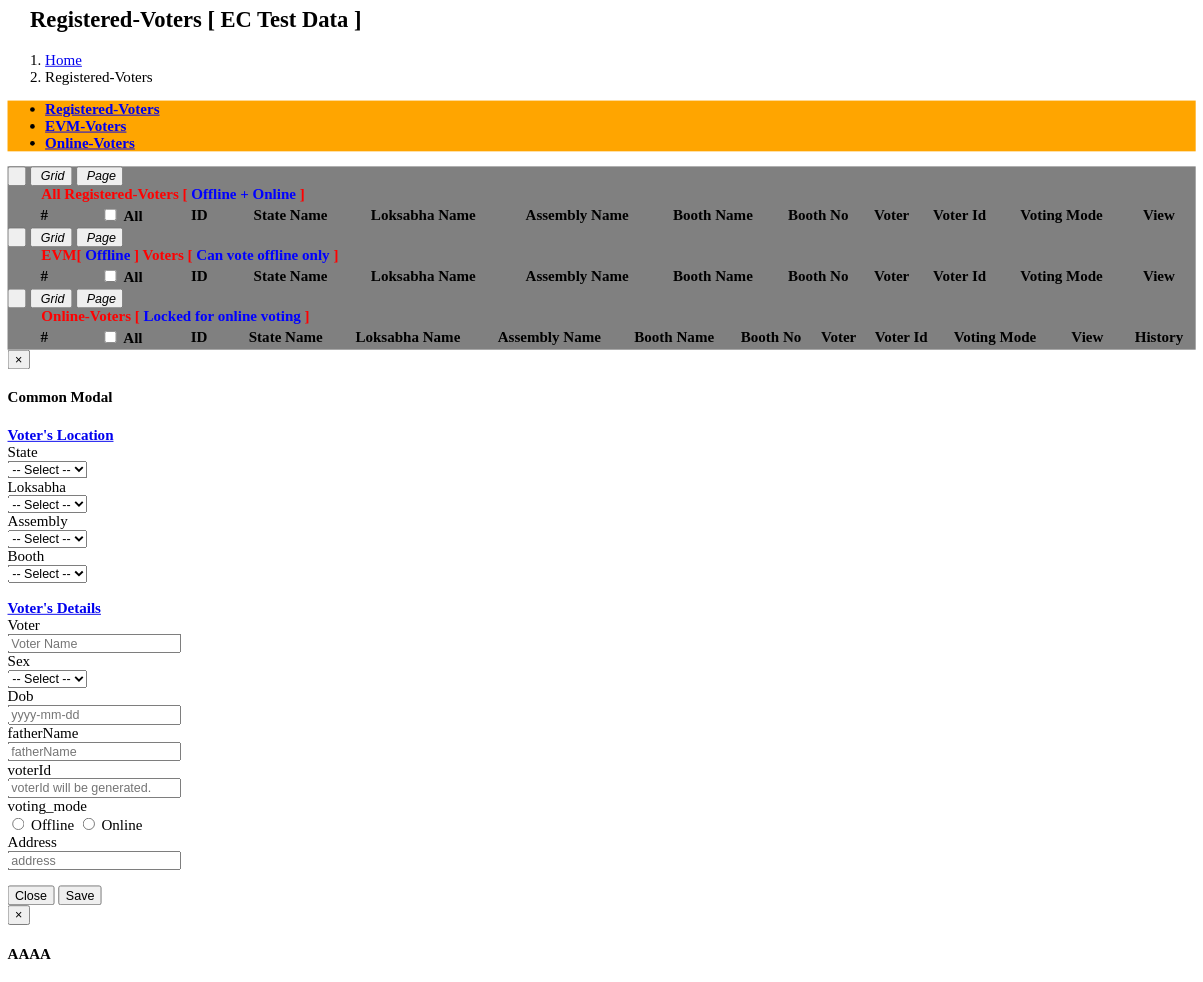
Repository: sanjeev167/IndiaOnLineVoting_3112020
Page: http://localhost/IndiaOnLineVoting/WEB-INF/jsp/ec/voters.jsp
These files come from the project's save history. The page is drawn as it stood at one moment and after the next save; the edit follows.
The browser window is 1280 px wide. The pictures show the whole page, at 94% of full size.
The page is served by Tomcat 9. Nobody is signed in. The template is opened directly, without the code that normally fills it, so the values that code supplies are empty.

Above is the page before, as saved 2020-10-29 19:42:49.
Console error: TypeError: $(...).DataTable is not a function

After the next save:
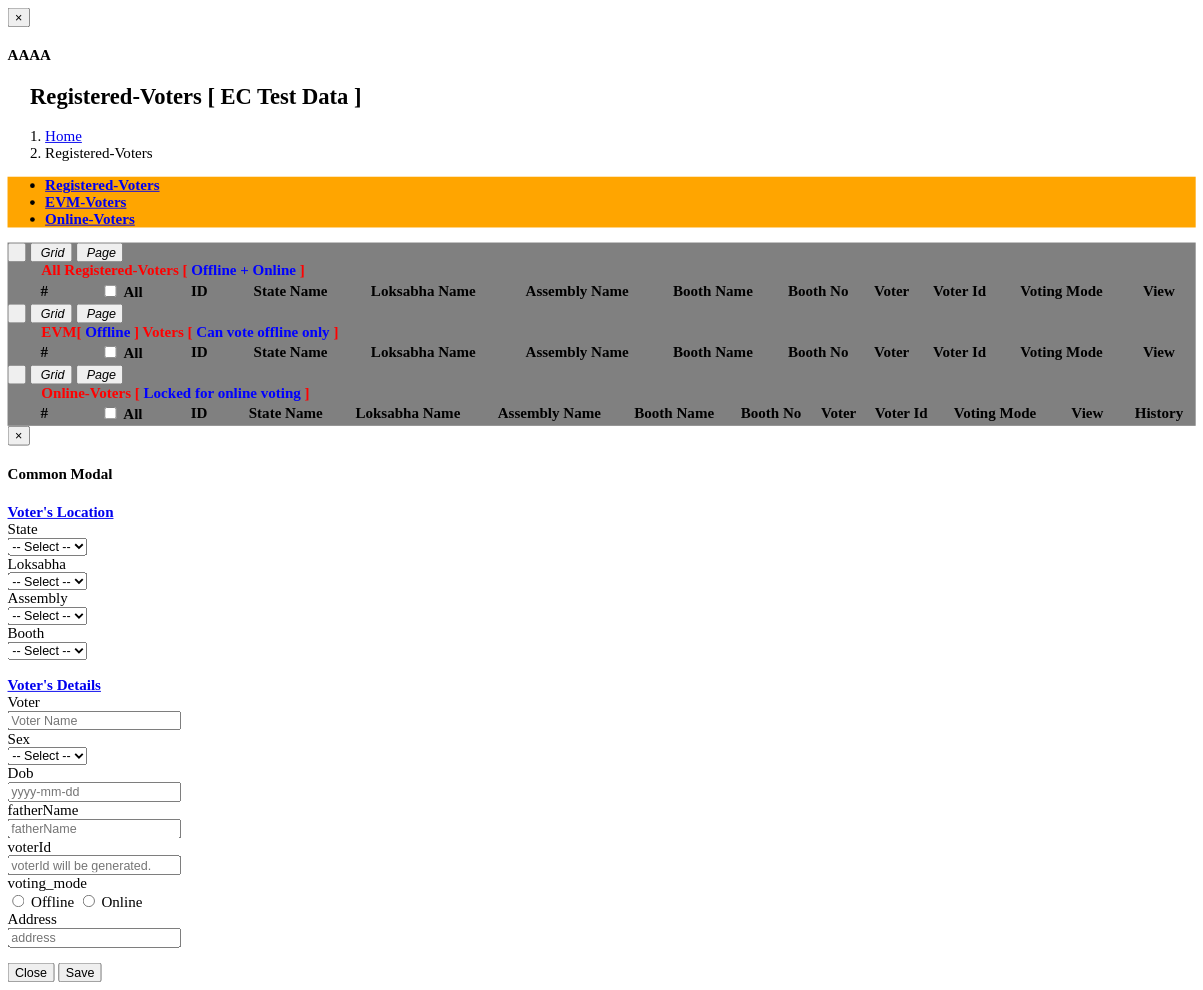
Saved 52 s later.
--- a/IndiaOnLineVoting/src/main/webapp/WEB-INF/jsp/ec/voters.jsp
+++ b/IndiaOnLineVoting/src/main/webapp/WEB-INF/jsp/ec/voters.jsp
@@ -1,3 +1,29 @@
+	<div class="modal fade" id="auditTrailModalId">
+	<div class="modal-dialog modal-md">
+		<div class="modal-content" style="border-radius: 10px;">
+			<div class="modal-header">
+				<button type="button" class="close" data-dismiss="modal"
+					aria-label="Close">
+					<span aria-hidden="true">&times;</span>
+				</button>
+				<h4 class="modal-title" id="commonModalTitleId">AAAA</h4>
+			</div>
+			<div class="modal-body">
+
+			</div>
+
+		</div>
+		<!-- /.modal-content -->
+	</div>
+	<!-- /.modal-dialog -->
+</div>
+<!-- /.modal -->
+
+
+
+
+
+
 	<!-- Full Width Column -->
 
 	<!-- Content Header (Page header) -->
@@ -389,26 +415,6 @@
 
 
 
-<div class="modal fade" id="auditTrailModalId">
-	<div class="modal-dialog modal-md">
-		<div class="modal-content" style="border-radius: 10px;">
-			<div class="modal-header">
-				<button type="button" class="close" data-dismiss="modal"
-					aria-label="Close">
-					<span aria-hidden="true">&times;</span>
-				</button>
-				<h4 class="modal-title" id="commonModalTitleId">AAAA</h4>
-			</div>
-			<div class="modal-body">
-
-			</div>
-
-		</div>
-		<!-- /.modal-content -->
-	</div>
-	<!-- /.modal-dialog -->
-</div>
-<!-- /.modal -->
 
 
 
